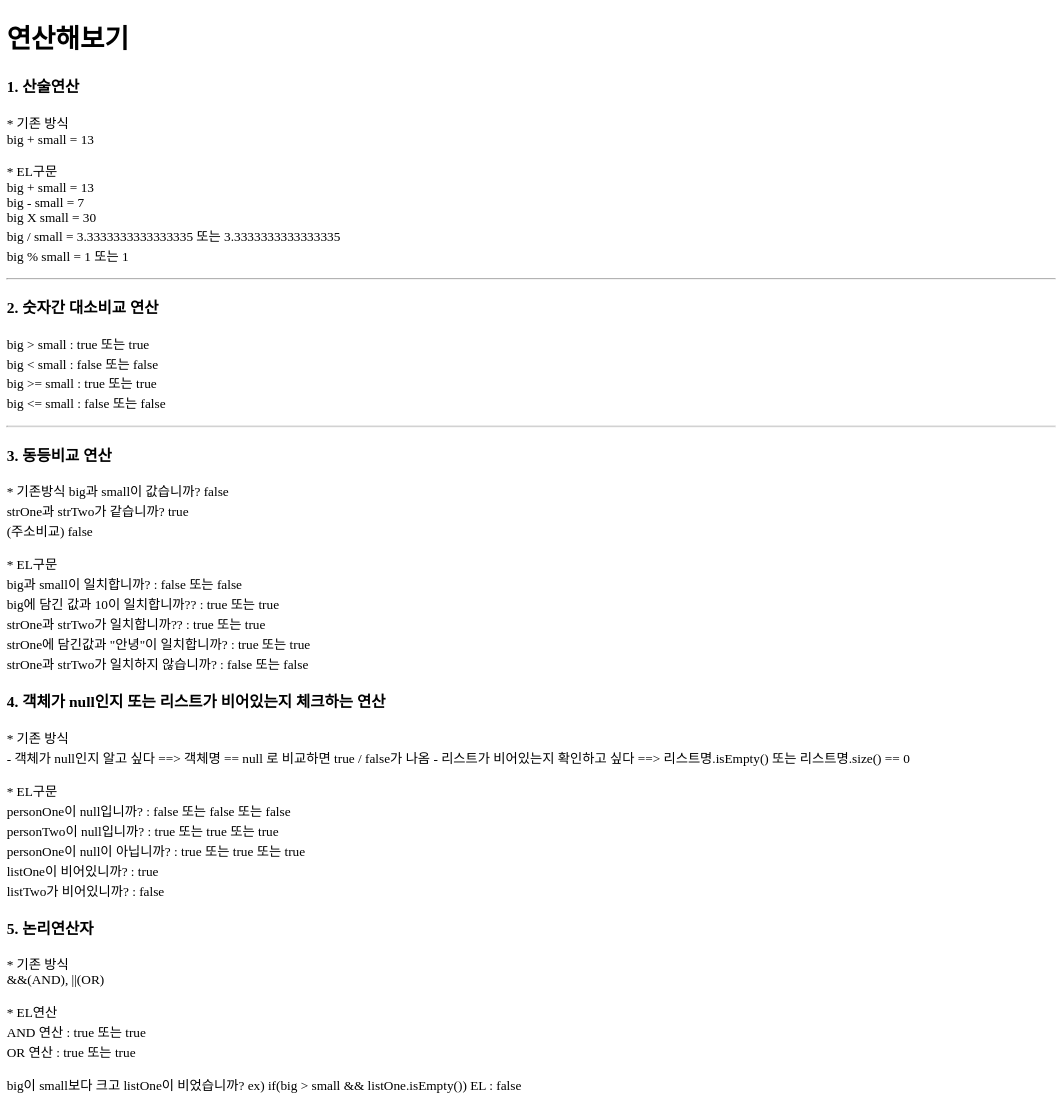
Repository: judeyong/myWebWorkSpace2
Page: http://localhost/Action_Project/operation.do
The author's editor kept a copy of each file at every save. The page is drawn from the files as they stood at one save, then again after the next save.
The browser window is 1280 px wide. The pictures show the whole page, at 83% of full size.
The page is served by Tomcat 9. Other server files are loaded and not shown.

Above is the page before, as saved 2024-04-03 02:48:58.

### Action_Project/WebContent/views/02_elOperation.jsp
<%@ page language="java" contentType="text/html; charset=UTF-8"
    pageEncoding="UTF-8"%>
<!DOCTYPE html>
<html>
<head>
<meta charset="UTF-8">
<title>Insert title here</title>
</head>
<body>

	<h1>연산해보기</h1>
	<h3>1. 산술연산</h3>

	<p>
		* 기존 방식 <br>
		big + small = <%= (int)request.getAttribute("big") + (int)request.getAttribute("small") %>
	</p>

	<p>
		* EL구문<br>
		big + small = ${ big + small } <br>
		big - small = ${ big - small } <br>
		big X small = ${ big * small } <br>
		big / small = ${ big / small } 또는 ${ big div small }<br>
		big % small = ${ big % small } 또는 ${ big mod small }<br>
	</p>

	<hr>

	<h3>2. 숫자간 대소비교 연산</h3>

	<p>
		big &gt; small : ${ big > small } 또는 ${ big gt small } <br>
		big &lt; small : ${ big < small } 또는 ${ gib lt small } <br>
		big &gt;= small : ${ big >= small } 또는 ${ big ge small } <br>
		big &lt;= small : ${ big <= small } 또는 ${ big le small } <br>
	</p>

	<hr>

	<h3>3. 동등비교 연산</h3>

	<p>
		* 기존방식
		big과 small이 값습니까?
		<%= (int)request.getAttribute("big") == (int)request.getAttribute("small") %> <br>
		strOne과 strTwo가 같습니까?
		<%= ((String)request.getAttribute("strOne")).equals((String)request.getAttribute("strTwo")) %> <br>
		(주소비교)
		<%= (String)request.getAttribute("strOne") == (String)request.getAttribute("strTwo") %> <br>
	</p>

	<p>
		* EL구문 <br>
		big과 small이 일치합니까? : ${ big == small } 또는 ${ big eq small }<br>
		big에 담긴 값과 10이 일치합니까??  : ${ big == 10 } 또는 ${ big eq 10 }<br>
		strOne과 strTwo가 일치합니까?? : ${ strOne == strTwo } 또는 ${ strOne eq strTwo } <br>
		<!-- EL에서의 문자열의 == 비교는 자바에서의 equals() 와 같은 동작을 함 -->
		strOne에 담긴값과 "안녕"이 일치합니까? : ${ strOne == "안녕" } 또는 ${ strOne == '안녕' } <br>
		<!-- EL에서의 문자열 리터럴 비교 시 쌍따옴표 / 홑따옴표 둘다 사용 가능 -->
		strOne과 strTwo가 일치하지 않습니까? : ${ strOne != strTwo } 또는 ${ strOne ne strTwo } <br>
		<!-- ne : not equals -->
	</p>

	<h3>4. 객체가 null인지 또는 리스트가 비어있는지 체크하는 연산</h3>

	<p>
		* 기존 방식 <br>
		- 객체가 null인지 알고 싶다 ==> 객체명 == null 로 비교하면 true / false가 나옴
		- 리스트가 비어있는지 확인하고 싶다 ==> 리스트명.isEmpty() 또는 리스트명.size() == 0
	</p>

	<p>
		* EL구문 <br>
		personOne이 null입니까? : ${ personOne == null } 또는 ${ personOne eq null } 또는 ${ empty personOne } <br>
		personTwo이 null입니까? : ${ personTwo == null } 또는 ${ personTwo eq null } 또는 ${ empty personTwo } <br>
		personOne이  null이 아닙니까? : ${ !empty personOne} 또는 ${ personOne != null } 또는 ${ personOne ne null } <br>

		listOne이 비어있니까? : ${ empty listOne } <br>
		listTwo가 비어있니까? : ${ empty listTwo } <br>
	</p>

	<h3>5. 논리연산자</h3>

	<p>
		* 기존 방식 <br>
		&&(AND), ||(OR)
	</p>

	<p>
		* EL연산 <br>
		AND 연산 : ${ true && true } 또는 ${ true and true }<br>
		OR 연산 :  ${ true || true } 또는 ${ true or false }<br>
	</p>

	<p>
		big이 small보다 크고 listOne이 비었습니까?
		ex) if(big > small && listOne.isEmpty())

		EL : ${ (big eq small) and (empty listOne) }
	</p>



















</body>
</html>

### Action_Project/src/com/kh/controller/OperationServlet.java
package com.kh.controller;

import java.io.IOException;
import java.util.ArrayList;

import javax.servlet.ServletException;
import javax.servlet.annotation.WebServlet;
import javax.servlet.http.HttpServlet;
import javax.servlet.http.HttpServletRequest;
import javax.servlet.http.HttpServletResponse;

import com.kh.model.vo.Person;

/**
 * Servlet implementation class OperationServlet
 */
@WebServlet("/operation.do")
public class OperationServlet extends HttpServlet {
	private static final long serialVersionUID = 1L;

    /**
     * @see HttpServlet#HttpServlet()
     */
    public OperationServlet() {
        super();
        // TODO Auto-generated constructor stub
    }

	/**
	 * @see HttpServlet#doGet(HttpServletRequest request, HttpServletResponse response)
	 */
	protected void doGet(HttpServletRequest request, HttpServletResponse response) throws ServletException, IOException {

		// 테스트 할 수 있는 값 넘기기
		request.setAttribute("big", 10);
		request.setAttribute("small", 3);

		request.setAttribute("strOne", "안녕");
		request.setAttribute("strTwo", new String("안녕"));

		request.setAttribute("personOne", new Person("홍길동", 15, "한양"));
		request.setAttribute("personTwo", null);

		ArrayList<String> list1 = new ArrayList();
		request.setAttribute("listOne", list1);

		ArrayList<String> list2 = new ArrayList();
		list2.add("ㅎㅇ");
		request.setAttribute("listTwo", list2);

		// 일단 여기까지 requestScope에 총 8개의 값을 담았음
		request.getRequestDispatcher("views/02_elOperation.jsp").forward(request, response);

	}

	/**
	 * @see HttpServlet#doPost(HttpServletRequest request, HttpServletResponse response)
	 */
	protected void doPost(HttpServletRequest request, HttpServletResponse response) throws ServletException, IOException {
		// TODO Auto-generated method stub
		doGet(request, response);
	}

}

### Action_Project/src/com/kh/model/vo/Person.java
package com.kh.model.vo;

public class Person {

	private String name;
	private int age;
	private String address;

	public Person() {
		super();
	}

	public Person(String name, int age, String address) {
		super();
		this.name = name;
		this.age = age;
		this.address = address;
	}

	public String getName() {
		return name;
	}

	public void setName(String name) {
		this.name = name;
	}

	public int getAge() {
		return age;
	}

	public void setAge(int age) {
		this.age = age;
	}

	public String getAddress() {
		return address;
	}

	public void setAddress(String address) {
		this.address = address;
	}

	@Override
	public String toString() {
		return "Person [name=" + name + ", age=" + age + ", address=" + address + "]";
	}

}

After the next save:
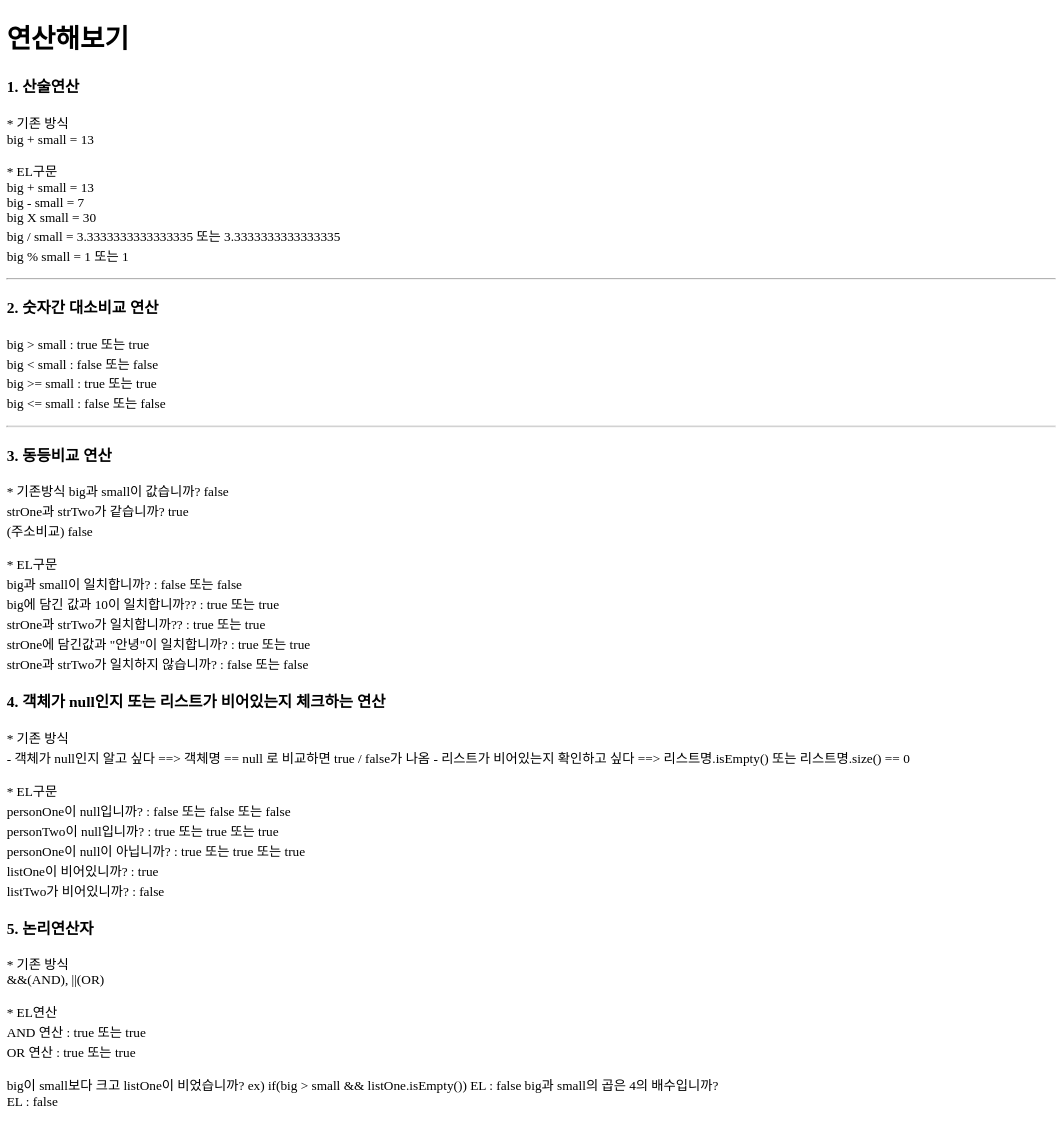
Saved 54 s later.
--- a/Action_Project/WebContent/views/02_elOperation.jsp
+++ b/Action_Project/WebContent/views/02_elOperation.jsp
@@ -98,6 +98,11 @@
 		ex) if(big > small && listOne.isEmpty())
 
 		EL : ${ (big eq small) and (empty listOne) }
+
+		big과 small의 곱은 4의 배수입니까? <br>
+
+		EL : ${ ((big * small) mod 4)  eq 0} <br>
+
 	</p>
 
 
